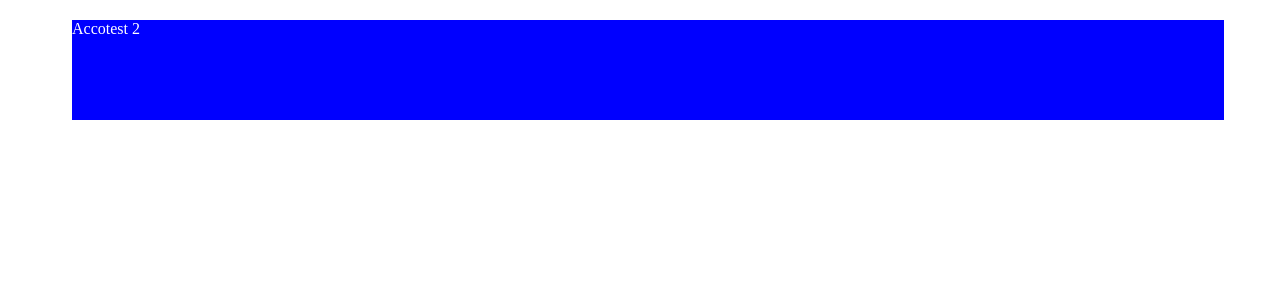
Repository: wimkinnet/Acco_Publish
Page: index.html
The author's editor kept a record of every edit. The page is drawn from the files as they stood at one moment, then again after the next edit.
The browser window is 1280 px wide. The pictures show the whole page.

Above is the page before.

### index.html
<!DOCTYPE html>
<html>
  <head>
    <title>Publish Tool - Main page</title>
    <meta charset = "utf-8">
    <style>
      .page-header {
        width: 90vw;
        margin: 20px 5vw 20px 5vw;
        background: blue;
        height: 100px;
        ;
      }
      .page-header-element {
        float: left;
        color: white
      }
    </style>
  </head>
  <body>
    <div class="page-header">
      <div class="page-header-element">
        Acco
      </div>
      <div class="page-header-element">
        test 2
      </div>
    </div>
  </body>
</html>

After the next edit:
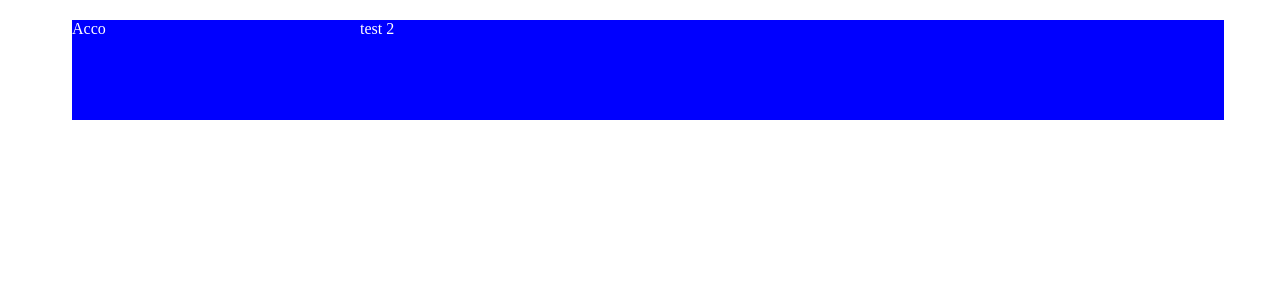
The edit:
--- a/index.html
+++ b/index.html
@@ -13,7 +13,8 @@
       }
       .page-header-element {
         float: left;
-        color: white
+        color: white;
+        width: 25%;
       }
     </style>
   </head>
